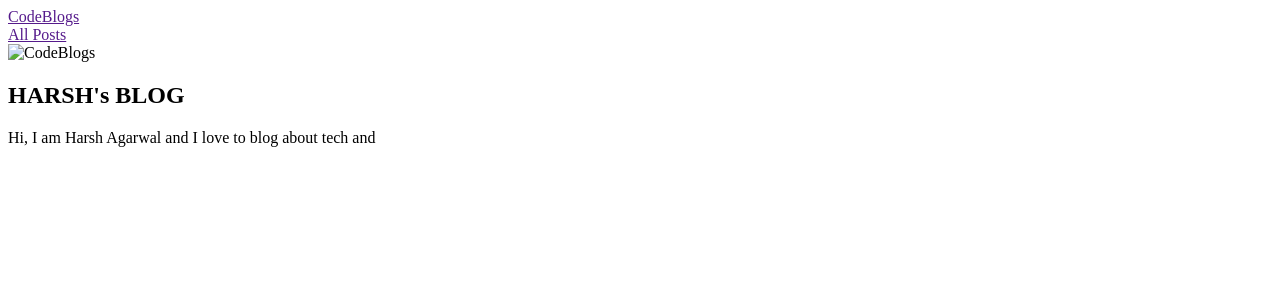
Repository: harshagr64/codeblogs
Page: http://localhost/
An editor plug-in stored every save of this project. The page is shown before and after the next save, followed by the edit.
The browser window is 1280 px wide. The pictures show the whole page.
The page is served by the project's application, run on Django 3.2 (manage.py).

Above is the page before, as saved 2021-08-21 09:44:27.

After the next save:
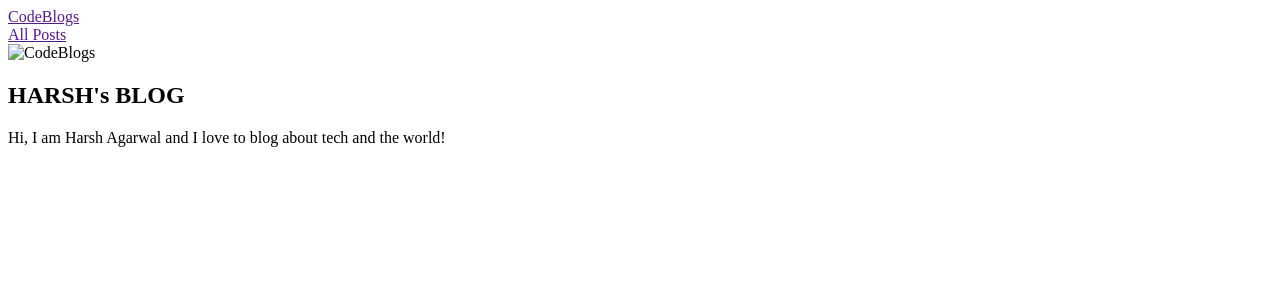
Saved 6 s later.
--- a/codeblogs/blog/templates/blog/index.html
+++ b/codeblogs/blog/templates/blog/index.html
@@ -14,7 +14,7 @@
             <img src = "" alt = "CodeBlogs">
             <h2>HARSH's BLOG</h2>
         </header>
-        <p>Hi, I am Harsh Agarwal and I love to blog about tech and
+        <p>Hi, I am Harsh Agarwal and I love to blog about tech and the world!</p>
     </section>
 
 {% endblock %}
